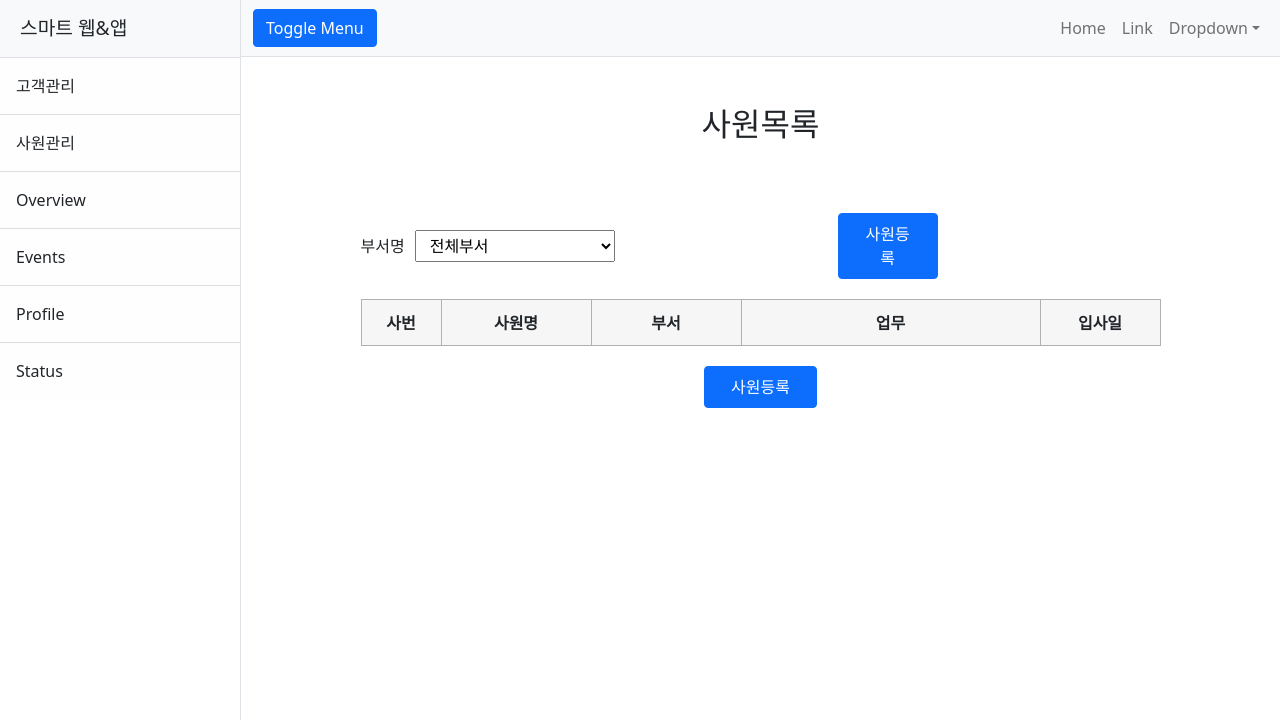
Repository: iwonhee/Study_Servlet
Page: http://localhost/web/employee/list.jsp
The author's editor kept a copy of each file at every save. The page is drawn from the files as they stood at one save, then again after the next save.
The browser window is 1280 px wide. The pictures show the whole page.
The page is served by Tomcat 9. Other server files are loaded and not shown. The template is opened directly, without the code that normally fills it, so the values that code supplies are empty.

Above is the page before, as saved 2022-11-28 07:59:59.

### web/src/main/webapp/employee/list.jsp
<%@ page language="java" contentType="text/html; charset=UTF-8"
    pageEncoding="UTF-8"%>
<%@ taglib uri="http://java.sun.com/jsp/jstl/core" prefix="c"%>
<!DOCTYPE html>
<html>
<head>
<meta charset="UTF-8">
<meta name="viewport" content="width=device-width, initial-scale=1, shrink-to-fit=no" />
<title>Insert title here</title>
</head>
<body>
    <div class="d-flex" id="wrapper">
        <!-- SideBar-->
        <jsp:include page="/include/sidebar.jsp"></jsp:include>
        <!-- Page content wrapper-->
	<div id="page-content-wrapper">
        <!-- Top navigation-->
        <jsp:include page="/include/navigation.jsp"></jsp:include>
        <!-- Page content-->
    <div class="container-fluid">
    	<h2 class="mt-5">사원목록</h2>

    	<form method='post' action='list.hr'>
    	<div class='list-flex w-px800' >
	    	<div id='list-top'>
	    		<ul>
	    			<li>부서명</li>
	    			<li>
	    				<select class='w-px200' onchange='$("form").submit()'>
	    					<option value='-1'>전체부서</option>
	    					<c:forEach items='${dList}' var='d'>
		    					<option value='${d.department_id}'>${d.department_name}</option>
	    					</c:forEach>
	    				</select>
	    			</li>
	    		</ul>
	    	</div>

	    	<div class='btnSet w-px100'>
	    		<button class='btn btn-primary'
	    				onclick='location="insert.hr"'>사원등록</button>
	    	</div>
	    </div>
    	<table class="w-px800">
    	<colgroup>
    		<col width='80px'>
    		<col width='150px'>
    		<col width='150px'>
    		<col>
    		<col width='120px'>
    	</colgroup>
    	<tr>
    		<th>사번</th>
    		<th>사원명</th>
    		<th>부서</th>
    		<th>업무</th>
    		<th>입사일</th>
    	</tr>
    	<c:forEach items="${list}" var="dto">
	    	<tr>
	    		<td>${dto.employee_id}</td>
	    		<td class='click'><a href='info.hr?id=${dto.employee_id}'>${dto.name}</a></td>
	    		<td>${dto.department_name}</td>
	    		<td>${dto.job_title}</td>
	    		<td>${dto.hire_date}</td>
	    	</tr>
    	</c:forEach>
    	</table>

    	</form>

        <div class="btnSet">
        	<button class="btn btn-primary" onclick='location="insert.hr"'>사원등록</button>
        </div>

            </div> <!-- #wrapper -->
        </div> <!-- #page-content-wrapper -->
    </div> <!-- .container-fluid -->
</body>
</html>

### web/src/main/webapp/include/sidebar.jsp
<%@ page language="java" contentType="text/html; charset=UTF-8"
    pageEncoding="UTF-8"%>
<%@ taglib uri="http://java.sun.com/jsp/jstl/core" prefix="c"%>
<head>
	<link rel="icon" type="image/x-icon" href="assets/favicon.ico" />
	<link href="css/styles.css" rel="stylesheet" />
	<link href="css/common.css?<%= new java.util.Date() %>" rel="stylesheet" />

	<script src="https://code.jquery.com/jquery-3.6.1.js"></script>
	<script src="https://cdn.jsdelivr.net/npm/bootstrap@5.1.3/dist/js/bootstrap.bundle.min.js"></script>
	<script src="js/scripts.js"></script>

</head>

<body>
<div class="border-end bg-white" id="sidebar-wrapper">
    <div class="sidebar-heading border-bottom bg-light"><a href='<c:url value="/"/>'>스마트 웹&amp;앱</a></div>
    <div class="list-group list-group-flush">
        <a class="${category eq 'cu' ? 'category' : ''} list-group-item list-group-item-action list-group-item-light p-3" href="list.cu">고객관리</a>
        <a class="${category eq 'hr' ? 'category' : ''} list-group-item list-group-item-action list-group-item-light p-3" href="list.hr">사원관리</a>
        <a class="list-group-item list-group-item-action list-group-item-light p-3" href="#!">Overview</a>
        <a class="list-group-item list-group-item-action list-group-item-light p-3" href="#!">Events</a>
        <a class="list-group-item list-group-item-action list-group-item-light p-3" href="#!">Profile</a>
        <a class="list-group-item list-group-item-action list-group-item-light p-3" href="#!">Status</a>
    </div>
</div>
</body>

### web/src/main/webapp/include/navigation.jsp
<%@ page language="java" contentType="text/html; charset=UTF-8"
    pageEncoding="UTF-8"%>
<%@ taglib uri="http://java.sun.com/jsp/jstl/core" prefix="c"%>
<link rel="icon" type="image/x-icon" href="assets/favicon.ico" />
<link href="css/styles.css" rel="stylesheet" />
<nav class="navbar navbar-expand-lg navbar-light bg-light border-bottom">
    <div class="container-fluid">
        <button class="btn btn-primary" id="sidebarToggle">Toggle Menu</button>
        <button class="navbar-toggler" type="button" data-bs-toggle="collapse" data-bs-target="#navbarSupportedContent" aria-controls="navbarSupportedContent" aria-expanded="false" aria-label="Toggle navigation"><span class="navbar-toggler-icon"></span></button>
        <div class="collapse navbar-collapse" id="navbarSupportedContent">
            <ul class="navbar-nav ms-auto mt-2 mt-lg-0">
                <li class="nav-item active"><a class="nav-link" href="#!">Home</a></li>
                <li class="nav-item"><a class="nav-link" href="#!">Link</a></li>
                <li class="nav-item dropdown">
                    <a class="nav-link dropdown-toggle" id="navbarDropdown" href="#" role="button" data-bs-toggle="dropdown" aria-haspopup="true" aria-expanded="false">Dropdown</a>
                    <div class="dropdown-menu dropdown-menu-end" aria-labelledby="navbarDropdown">
                        <a class="dropdown-item" href="#!">Action</a>
                        <a class="dropdown-item" href="#!">Another action</a>
                        <div class="dropdown-divider"></div>
                        <a class="dropdown-item" href="#!">Something else here</a>
                    </div>
                </li>
            </ul>
        </div>
    </div>
</nav>

### web/src/main/webapp/css/common.css
@charset "UTF-8";
body{text-align:center;}
table th, table td{
	border:1px solid #b0b0b0;
}
ul{
	list-style: none;
	align-items: center;
	padding:0;
}
.list-flex{
	display:flex;
	justify-content: space-between;
	align-items: center;
	margin:0 auto;
}
#list-top{
	display:flex;
	justify-content: space-between;
}
#list-top ul{display:flex;}
#list-top ul li:not(:first-child){margin-left:10px;}
.category{background-color:#0b5ed7 !important; color:#fff !important;}
table { text-align:center; margin: 0 auto;}
.btnSet{text-align:center; margin:20px auto;}
.btnSet button{padding: 8px 26px;}
table tr{height:46px;}
table.tb_list tr{height:38px;}
table td{ padding: 8px 10px }
table th{ background-color:#f6f6f6; text-align:center;}
h2{margin:50px auto; text-align:center; margin-top:30px;}

a:link, a:visited{text-decoration:none; color:inherit}
a:hover{ text-decoration:underline; color:#3367d6;}

select{
	height:32px;
	cursor:pointer;
	padding-left:10px;
}

.click{padding:0}
.click a{display:block; padding:12px 0 9px 0; transition:all .2s}
.click a:hover{background-color:#0d6efd; color:#fff; text-decoration:none}

.mr-5{margin-right:20px;}

.w-pct80 { width: 80% }
.w-pct60 { width: 60% }
.w-pct40 { width: 40% }

.w-px40 { width: 40px }
.w-px60 { width: 60px }
.w-px80 { width: 80px }
.w-px100 { width: 100px }
.w-px120 { width: 120px }
.w-px140 { width: 140px }
.w-px160 { width: 160px }
.w-px180 { width: 180px }
.w-px200 { width: 200px }
.w-px300 { width: 300px }
.w-px400 { width: 400px }
.w-px500 { width: 500px }
.w-px600 { width: 600px }
.w-px800 { width: 800px }
.w-px1000 { width: 1000px }

### web/src/main/webapp/js/scripts.js
/*!
* Start Bootstrap - Simple Sidebar v6.0.5 (https://startbootstrap.com/template/simple-sidebar)
* Copyright 2013-2022 Start Bootstrap
* Licensed under MIT (https://github.com/StartBootstrap/startbootstrap-simple-sidebar/blob/master/LICENSE)
*/
//
// Scripts
//

window.addEventListener('DOMContentLoaded', event => {

    // Toggle the side navigation
    const sidebarToggle = document.body.querySelector('#sidebarToggle');
    if (sidebarToggle) {
        // Uncomment Below to persist sidebar toggle between refreshes
        // if (localStorage.getItem('sb|sidebar-toggle') === 'true') {
        //     document.body.classList.toggle('sb-sidenav-toggled');
        // }
        sidebarToggle.addEventListener('click', event => {
            event.preventDefault();
            document.body.classList.toggle('sb-sidenav-toggled');
            localStorage.setItem('sb|sidebar-toggle', document.body.classList.contains('sb-sidenav-toggled'));
        });
    }

});

Loaded but not shown: web/src/main/webapp/css/styles.css (library)

After the next save:
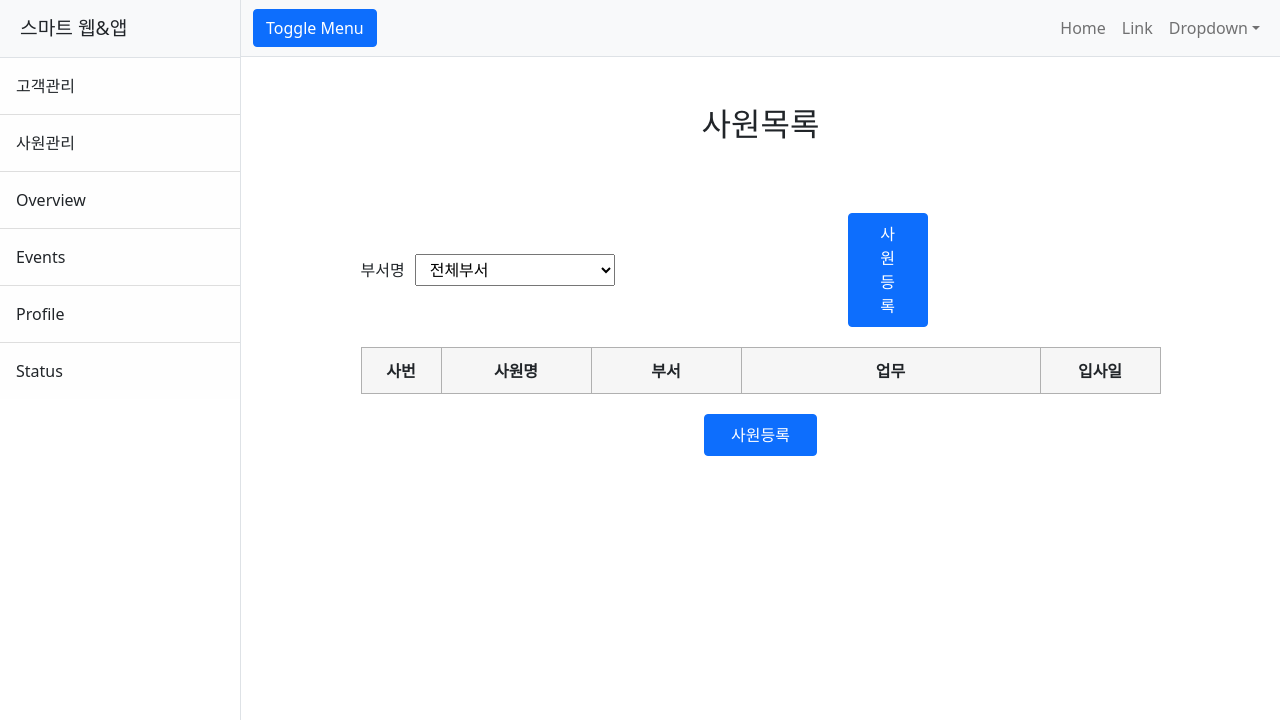
Saved 26 s later.
--- a/web/src/main/webapp/employee/list.jsp
+++ b/web/src/main/webapp/employee/list.jsp
@@ -36,8 +36,8 @@
 	    		</ul>
 	    	</div>
 
-	    	<div class='btnSet w-px100'>
-	    		<button class='btn btn-primary'
+	    	<div class='btnSet'>
+	    		<button class='btn btn-primary w-px80'
 	    				onclick='location="insert.hr"'>사원등록</button>
 	    	</div>
 	    </div>
